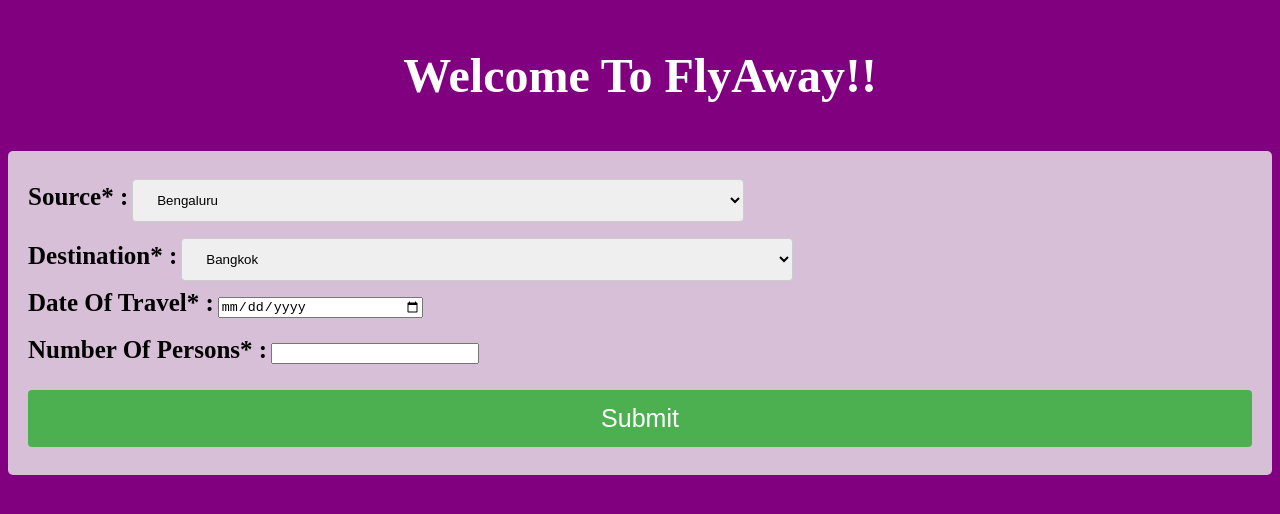
Repository: KanimozhiThandapani/Phase2AirlineBookingProject
Page: http://localhost/AirlineBooking/homepage.jsp
These files come from the project's save history. The page is drawn as it stood at one moment and after the next save; the edit follows.
The browser window is 1280 px wide. The pictures show the whole page.
The page is served by Tomcat 9.

Above is the page before, as saved 2022-04-22 10:40:19.

After the next save:
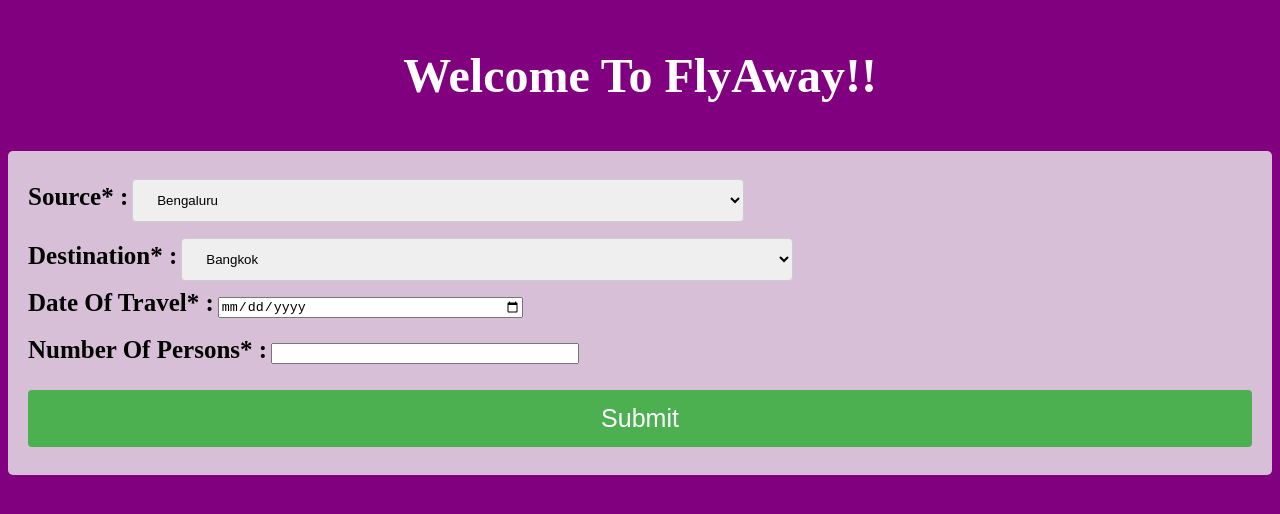
Saved 8 s later.
--- a/AirlineBooking/WebContent/homepage.jsp
+++ b/AirlineBooking/WebContent/homepage.jsp
@@ -65,10 +65,10 @@ h3 {
     </select><br>
 
     <label for="dateOfTravel" style="font-size: 25px"><strong>Date Of Travel* :</strong></label>
-    <input type="date" id="dot" name="dot" style="width: 200px;" required><br><br>
+    <input type="date" id="dot" name="dot" style="width: 300px;" required><br><br>
 
     <label for="numberOfPersons" style="font-size: 25px"><strong>Number Of Persons* :</strong></label>
-    <input type="number" name="numberOfPersons" style="width: 200px;" required><br><br>
+    <input type="number" name="numberOfPersons" style="width: 300px;" required><br><br>
 
     <input type="submit" value="Submit" style="font-size: 25px">
   </form>
